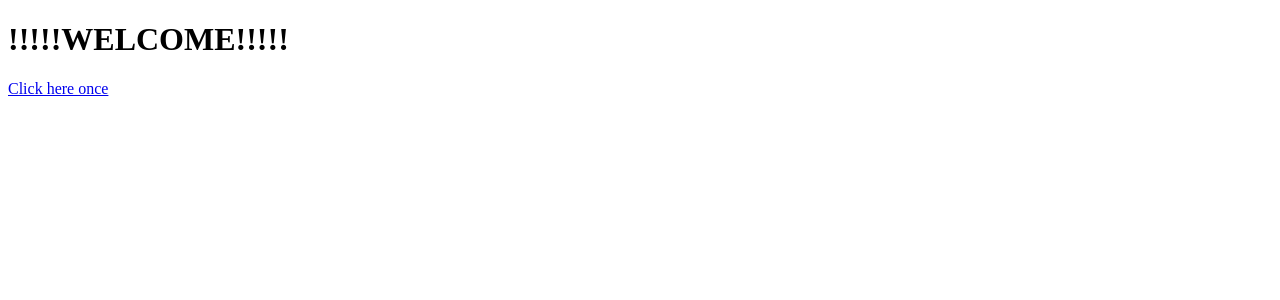
Repository: srikanthModugu/jdbc-servlet-jsp
Page: FristWebApp/WebContent/HomePage.html
The author's editor kept a copy of each file at every save. The page is drawn from the files as they stood at one save, then again after the next save.
The browser window is 1280 px wide. The pictures show the whole page.

Above is the page before, as saved 2017-09-30 08:26:39.

After the next save:
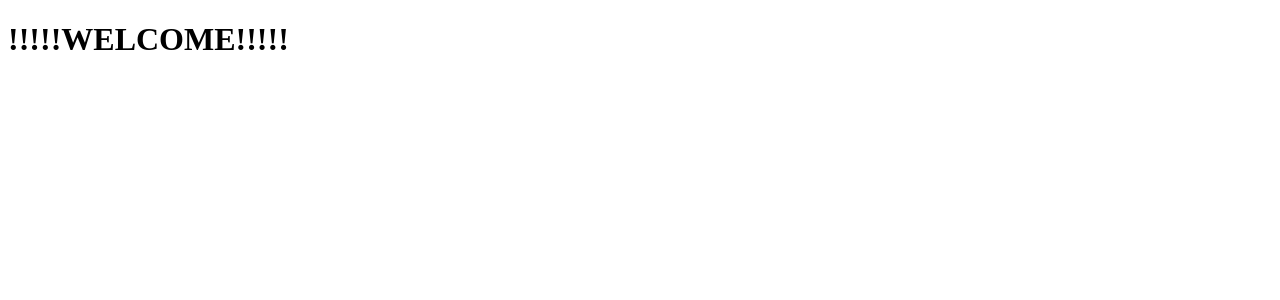
Saved 47 h 47 min later.
--- a/FristWebApp/WebContent/HomePage.html
+++ b/FristWebApp/WebContent/HomePage.html
@@ -6,6 +6,6 @@
 </head>
 <body>
 <h1>!!!!!WELCOME!!!!!</h1>
-<a href="NextPage.html">Click here once</a>
+<!-- <a href="NextPage.html">Click here once</a> -->
 </body>
 </html>
